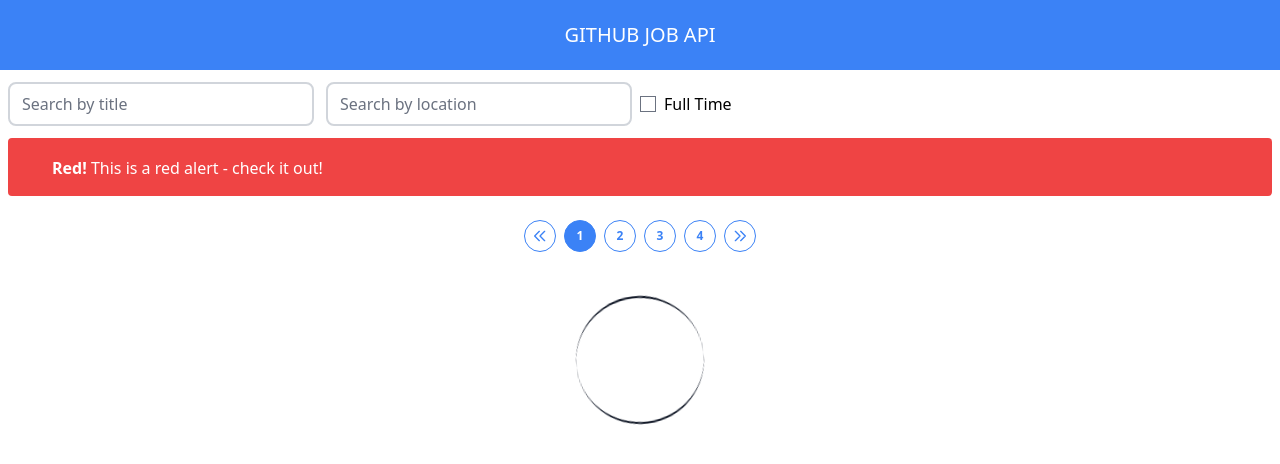
Repository: ShamroOoz/Github-job-api-React-Tailwind
Page: /
The author's editor kept a copy of each file at every save. The page is drawn from the files as they stood at one save, then again after the next save.
The browser window is 1280 px wide. The pictures show the whole page.
The page's requests for data from a server got no answer. The project was rebuilt for these pictures with package versions that can differ from the ones it lists, and the page was loaded fresh each time. No one was signed in, and anything a server would have sent is missing. Also part of the build but not shown: craco.config.js, src/components/Reducer/Job.js.

Above is the page before, as saved 2021-03-21 17:58:03.

After the next save:
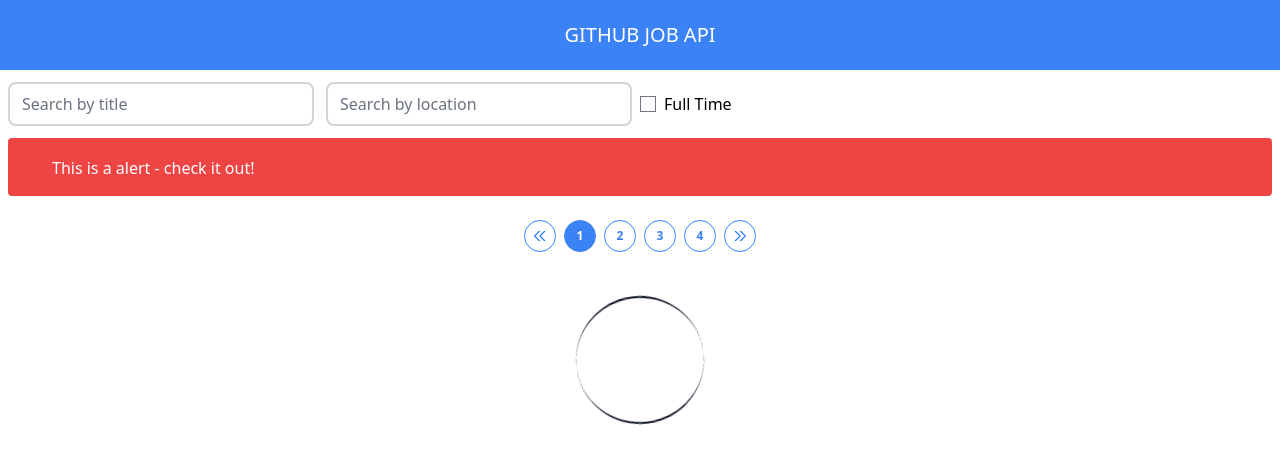
Saved 29 s later.
--- a/src/components/Alert.js
+++ b/src/components/Alert.js
@@ -1,12 +1,11 @@
-const Alert = ({ color }) => {
+const Alert = () => {
   return (
     <div className="text-white px-6 py-4 border-0 rounded relative mb-4 bg-red-500">
       <span className="text-xl inline-block mr-5 align-middle">
         <i className="fas fa-bell" />
       </span>
       <span className="inline-block align-middle mr-8">
-        <b className="capitalize">{color}!</b> This is a {color} alert - check
-        it out!
+        <b className="capitalize"></b> This is a alert - check it out!
       </span>
     </div>
   );
